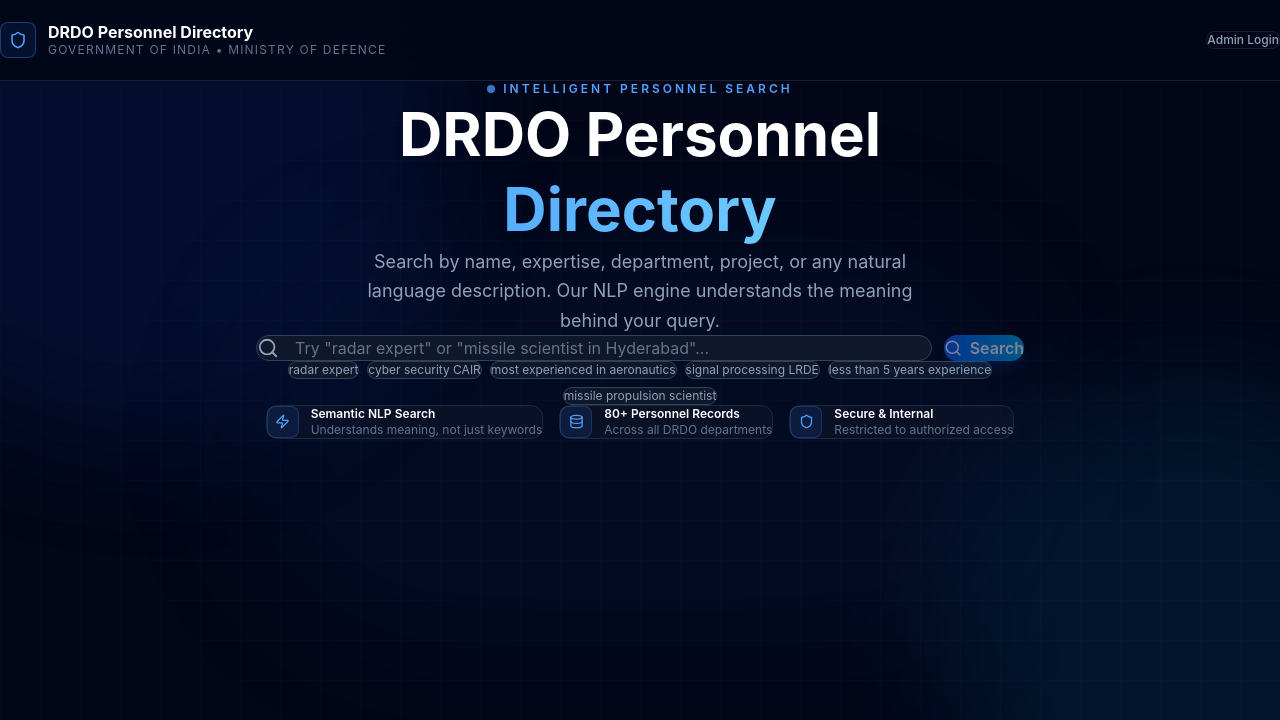
Repository: Mandeepigdtuw/DRDO-Directory
Page: / (app in frontend/)
An editor plug-in stored every save of this project. The page is shown before and after the next save, followed by the edit.
The browser window is 1280 px wide. The pictures show the whole page.
The project was rebuilt for these pictures with package versions that can differ from the ones it lists, and the page was loaded fresh each time. Also part of the build but not shown: frontend/vite.config.js, frontend/src/components/PersonnelCard.jsx, frontend/src/components/ProfileModal.jsx, frontend/src/pages/AdminLogin.jsx, frontend/src/pages/AdminDashboard.jsx, frontend/src/pages/ManagePersonnel.jsx, frontend/src/pages/AddPersonnel.jsx, frontend/src/pages/EditPersonnel.jsx and 2 more.

Above is the page before, as saved 2026-07-23 02:40:18.

### frontend/src/index.css
@import "tailwindcss";
@tailwind base;
@tailwind components;
@tailwind utilities;

* {
  margin: 0;
  padding: 0;
  box-sizing: border-box;
}

body {
  font-family: 'Inter', sans-serif;
  background-color: #0f172a;
  color: #e2e8f0;
}

### frontend/src/App.jsx
// src/App.jsx
import { BrowserRouter, Routes, Route, Navigate } from 'react-router-dom'
import SearchPage from './pages/SearchPage'
import AdminLogin from './pages/AdminLogin'
import AdminDashboard from './pages/AdminDashboard'
import ManagePersonnel from './pages/ManagePersonnel'
import AddPersonnel from './pages/AddPersonnel'
import EditPersonnel from './pages/EditPersonnel'
import AnalyticsDashboard from './pages/AnalyticsDashboard'
import ProtectedRoute from './components/ProtectedRoute'

export default function App() {
  return (
    <BrowserRouter>
      <Routes>
        {/* User Side - Public */}
        <Route path="/" element={<SearchPage />} />

        {/* Admin Login - Public */}
        <Route path="/admin/login" element={<AdminLogin />} />

        {/* Admin Side - Protected (need JWT token) */}
        <Route path="/admin" element={<ProtectedRoute />}>
          <Route path="dashboard" element={<AdminDashboard />} />
          <Route path="personnel" element={<ManagePersonnel />} />
          <Route path="personnel/add" element={<AddPersonnel />} />
          <Route path="personnel/edit/:employee_id" element={<EditPersonnel />} />
          <Route path="analytics" element={<AnalyticsDashboard />} />
        </Route>

        {/* Catch all unknown URLs → redirect to home */}
        <Route path="*" element={<Navigate to="/" />} />
      </Routes>
    </BrowserRouter>
  )
}

### frontend/src/pages/SearchPage.jsx
// src/pages/SearchPage.jsx
import { useState } from 'react'
import { Search, Loader2, Zap, Shield, Database } from 'lucide-react'
import Navbar from '../components/Navbar'
import PersonnelCard from '../components/PersonnelCard'
import ProfileModal from '../components/ProfileModal'
import { searchPersonnel, getAllPersonnelPublic } from '../services/api'

export default function SearchPage() {
  const [query, setQuery] = useState('')
  const [results, setResults] = useState([])
  const [loading, setLoading] = useState(false)
  const [searched, setSearched] = useState(false)
  const [selectedPerson, setSelectedPerson] = useState(null)
  const [error, setError] = useState('')

  const isExperienceQuery = (q) => {
    const lower = q.toLowerCase()
    return (
      lower.includes('maximum experience') ||
      lower.includes('most experience') ||
      lower.includes('most experienced') ||
      lower.includes('maximum years') ||
      lower.includes('highest experience') ||
      lower.includes('senior most') ||
      lower.includes('most senior') ||
      lower.includes('experienced scientist') ||
      lower.includes('experienced engineer')
    )
  }

  const isMinExperienceQuery = (q) => {
    const lower = q.toLowerCase()
    return (
      lower.includes('less than') ||
      lower.includes('fewer than') ||
      lower.includes('under') ||
      lower.includes('below') ||
      lower.includes('least experience') ||
      lower.includes('minimum experience') ||
      lower.includes('least experienced') ||
      lower.includes('junior') ||
      lower.includes('entry level') ||
      lower.includes('fresher') ||
      lower.includes('newest') ||
      lower.includes('youngest')
    )
  }

  const extractNumber = (q) => {
    const match = q.match(/\d+/)
    return match ? parseInt(match[0]) : null
  }

  const hasDomainContext = (q) => {
    const experienceWords = [
      'most', 'maximum', 'highest', 'senior', 'experienced',
      'scientist', 'engineer', 'in', 'the', 'field', 'of', 'with'
    ]
    const words = q.toLowerCase().split(' ')
    const domainWords = words.filter(w => w.length > 2 && !experienceWords.includes(w))
    return domainWords.length > 0
  }

  const handleSearch = async () => {
    if (!query.trim()) return
    setLoading(true)
    setError('')
    setSearched(false)

    try {
      let data = []

      if (isMinExperienceQuery(query)) {
        const response = await getAllPersonnelPublic()
        let all = [...response.data.results]
        const num = extractNumber(query)
        if (num !== null) all = all.filter(p => p.years_of_experience < num)
        data = all.sort((a, b) => a.years_of_experience - b.years_of_experience)
          .map((p, i) => ({ ...p, relevance_score: Math.max(0.99 - i * 0.01, 0.1) }))

      } else if (isExperienceQuery(query) && hasDomainContext(query)) {
        const response = await searchPersonnel(query + '&top_k=30')
        data = [...response.data.results]
          .sort((a, b) => b.years_of_experience - a.years_of_experience)
          .slice(0, 10)
          .map((p, i) => ({ ...p, relevance_score: Math.max(0.99 - i * 0.02, 0.1) }))

      } else if (isExperienceQuery(query)) {
        const response = await getAllPersonnelPublic()
        data = [...response.data.results]
          .sort((a, b) => b.years_of_experience - a.years_of_experience)
          .map((p, i) => ({ ...p, relevance_score: Math.max(0.99 - i * 0.01, 0.1) }))

      } else {
        const response = await searchPersonnel(query)
        data = response.data.results
      }

      setResults(data)
      setSearched(true)
    } catch (err) {
      setError('Search failed. Please make sure the backend server is running.')
    } finally {
      setLoading(false)
    }
  }

  const handleKeyDown = (e) => {
    if (e.key === 'Enter') handleSearch()
  }

  const hints = [
    'radar expert',
    'cyber security CAIR',
    'most experienced in aeronautics',
    'signal processing LRDE',
    'less than 5 years experience',
    'missile propulsion scientist',
  ]

  const features = [
    { icon: Zap, label: 'Semantic NLP Search', desc: 'Understands meaning, not just keywords' },
    { icon: Database, label: '80+ Personnel Records', desc: 'Across all DRDO departments' },
    { icon: Shield, label: 'Secure & Internal', desc: 'Restricted to authorized access' },
  ]

  return (
    <div className="min-h-screen bg-slate-950 text-white">

      {/* Background */}
      <div className="pointer-events-none fixed inset-0 z-0">
        <div className="absolute -left-40 -top-40 h-[600px] w-[600px] rounded-full bg-blue-600/10 blur-3xl" />
        <div className="absolute -bottom-40 -right-40 h-[500px] w-[500px] rounded-full bg-sky-500/10 blur-3xl" />
        <div className="absolute top-1/3 left-1/2 -translate-x-1/2 h-[400px] w-[800px] rounded-full bg-blue-900/10 blur-3xl" />
        <div
          className="absolute inset-0 opacity-[0.025]"
          style={{
            backgroundImage: 'linear-gradient(rgba(255,255,255,0.5) 1px, transparent 1px), linear-gradient(90deg, rgba(255,255,255,0.5) 1px, transparent 1px)',
            backgroundSize: '40px 40px',
          }}
        />
      </div>

      <div className="relative z-10 flex flex-col min-h-screen">
        <Navbar isAdmin={false} />

        {/* Hero Section */}
        <div className="flex flex-col items-center justify-center px-6 pt-20 pb-12">

          {/* Badge */}
          <div className="flex items-center gap-2 mb-6">
            <div className="w-2 h-2 rounded-full bg-blue-400 animate-pulse" />
            <span className="text-blue-400 text-xs font-semibold uppercase tracking-[0.25em]">
              Intelligent Personnel Search
            </span>
          </div>

          {/* Title */}
          <h1 className="text-5xl sm:text-6xl lg:text-2l font-bold text-white text-center leading-tight mb-5">
            DRDO Personnel
            <span className="block text-transparent bg-clip-text bg-gradient-to-r from-blue-400 to-sky-300">
              Directory
            </span>
          </h1>

          {/* Subtitle */}
          <p className="text-slate-400 text-center text-base sm:text-lg max-w-xl leading-relaxed mb-10">
            Search by name, expertise, department, project, or any natural language description.
            Our NLP engine understands the meaning behind your query.
          </p>

          {/* Search Bar */}
          <div className="w-full max-w-3xl flex gap-3 mb-5">
            <div className="flex-1 flex items-center bg-slate-900 border border-slate-700 hover:border-slate-500 focus-within:border-blue-500 focus-within:ring-4 focus-within:ring-blue-500/10 rounded-2xl px-5 gap-4 transition-all">
              <Search className="text-slate-400 shrink-0" size={22} />
              <input
                type="text"
                value={query}
                onChange={(e) => setQuery(e.target.value)}
                onKeyDown={handleKeyDown}
                placeholder='Try "radar expert" or "missile scientist in Hyderabad"...'
                className="flex-1 bg-transparent text-white py-5 outline-none placeholder-slate-500 text-base"
              />
              {query && (
                <button
                  onClick={() => { setQuery(''); setResults([]); setSearched(false) }}
                  className="text-slate-500 hover:text-white transition text-2xl leading-none shrink-0"
                >
                  ×
                </button>
              )}
            </div>
            <button
              onClick={handleSearch}
              disabled={loading || !query.trim()}
              className="flex items-center gap-2 bg-gradient-to-r from-blue-600 to-sky-500 hover:opacity-90 disabled:opacity-50 disabled:cursor-not-allowed text-white px-8 rounded-2xl font-semibold text-base shadow-lg shadow-blue-500/20 transition whitespace-nowrap"
            >
              {loading
                ? <Loader2 size={20} className="animate-spin" />
                : <Search size={18} />}
              {loading ? 'Searching...' : 'Search'}
            </button>
          </div>

          {/* Hint chips */}
          <div className="flex flex-wrap gap-2 justify-center max-w-3xl mb-12">
            {hints.map((hint) => (
              <button
                key={hint}
                onClick={() => setQuery(hint)}
                className="text-xs text-slate-400 hover:text-blue-300 bg-slate-900 hover:bg-slate-800 border border-slate-700 hover:border-blue-500/40 px-4 py-2 rounded-full transition-all"
              >
                {hint}
              </button>
            ))}
          </div>

          {/* Feature badges — shown only when no search done */}
          {!searched && (
            <div className="flex flex-wrap gap-4 justify-center">
              {features.map((f) => (
                <div key={f.label} className="flex items-center gap-3 bg-slate-900/60 border border-slate-800 rounded-xl px-5 py-3">
                  <div className="flex h-8 w-8 items-center justify-center rounded-lg bg-blue-500/10 border border-blue-400/20">
                    <f.icon size={15} className="text-blue-400" />
                  </div>
                  <div>
                    <p className="text-white text-xs font-semibold">{f.label}</p>
                    <p className="text-slate-500 text-xs">{f.desc}</p>
                  </div>
                </div>
              ))}
            </div>
          )}
        </div>

        {/* Results Section */}
        <div className="flex-1 w-full px-6 sm:px-10 lg:px-16 pb-16">

          {error && (
            <div className="text-red-400 bg-red-400/10 border border-red-400/20 rounded-xl p-4 text-center mb-6 text-sm max-w-3xl mx-auto">
              {error}
            </div>
          )}

          {searched && (
            <div className="flex items-center justify-between mb-6 max-w-7xl mx-auto">
              <p className="text-slate-400 text-sm">
                {results.length > 0
                  ? <span><span className="text-white font-semibold">{results.length}</span> results for <span className="text-blue-400">"{query}"</span> — ranked by relevance</span>
                  : <span>No results found for <span className="text-blue-400">"{query}"</span></span>
                }
              </p>
            </div>
          )}

          {results.length > 0 && (
            <div className="grid grid-cols-1 md:grid-cols-2 xl:grid-cols-3 gap-4 max-w-7xl mx-auto">
              {results.map((person, index) => (
                <PersonnelCard
                  key={person.employee_id}
                  person={person}
                  rank={index + 1}
                  onClick={() => setSelectedPerson(person)}
                />
              ))}
            </div>
          )}

          {searched && results.length === 0 && (
            <div className="text-center py-20 text-slate-500">
              <Search size={52} className="mx-auto mb-5 opacity-20" />
              <p className="text-xl font-medium text-slate-400 mb-2">No personnel found</p>
              <p className="text-sm">Try different keywords or a broader description</p>
            </div>
          )}
        </div>
      </div>

      {selectedPerson && (
        <ProfileModal
          person={selectedPerson}
          onClose={() => setSelectedPerson(null)}
        />
      )}
    </div>
  )
}

### frontend/src/components/Navbar.jsx
// src/components/Navbar.jsx
import { Link, useNavigate, useLocation } from 'react-router-dom'
import { Shield, LogOut, Users, BarChart2, Plus, Search } from 'lucide-react'

export default function Navbar({ isAdmin = false }) {
  const navigate = useNavigate()
  const location = useLocation()

  const handleLogout = () => {
    localStorage.removeItem('admin_token')
    navigate('/admin/login')
  }

  const isActive = (path) =>
    location.pathname === path ||
    location.pathname.startsWith(path + '/')

  if (!isAdmin) {
    return (
      <nav className="w-full border-b border-white/10 bg-slate-950/90 backdrop-blur-xl">
        <div className="flex h-20 w-full items-center justify-between px-6 sm:px-10 lg:px-16">
          <div className="flex items-center gap-3">
            <div className="flex h-9 w-9 items-center justify-center rounded-lg border border-blue-400/30 bg-blue-500/10">
              <Shield size={18} className="text-blue-400" />
            </div>
            <div>
              <p className="text-base font-bold text-white leading-tight">
                DRDO Personnel Directory
              </p>
              <p className="text-xs uppercase tracking-widest text-slate-500">
                Government of India • Ministry of Defence
              </p>
            </div>
          </div>
          <Link
            to="/admin/login"
            className="text-xs font-medium text-slate-400 hover:text-blue-400 transition border border-white/10 hover:border-blue-400/30 px-4 py-2 rounded-lg"
          >
            Admin Login
          </Link>
        </div>
      </nav>
    )
  }

  const navLinks = [
    { to: '/admin/dashboard', label: 'Dashboard', icon: Shield },
    { to: '/admin/personnel', label: 'Personnel', icon: Users },
    { to: '/admin/personnel/add', label: 'Add', icon: Plus },
    { to: '/admin/analytics', label: 'Analytics', icon: BarChart2 },
  ]

  return (
    <nav className="w-full border-b border-white/10 bg-slate-950/90 backdrop-blur-xl">
      <div className="flex h-20 w-full items-center justify-between px-6 sm:px-10 lg:px-16">

        {/* Left — Branding */}
        <div className="flex items-center gap-3 shrink-0">
          <div className="flex h-9 w-9 items-center justify-center rounded-lg border border-blue-400/30 bg-blue-500/10">
            <Shield size={18} className="text-blue-400" />
          </div>
          <div className="hidden sm:block">
            <p className="text-sm font-bold text-white leading-tight">DRDO Admin</p>
            <p className="text-[10px] uppercase tracking-widest text-slate-500">
              Personnel Directory
            </p>
          </div>
        </div>

        {/* Center — Nav Links */}
        <div className="flex items-center gap-1">
          <Link
            to="/"
            className="flex items-center gap-2 px-4 py-2 rounded-lg text-sm font-medium text-slate-400 hover:text-white hover:bg-white/5 transition"
          >
            <Search size={16} />
            <span className="hidden sm:block">Search</span>
          </Link>

          {navLinks.map((link) => {
            const active = isActive(link.to)
            return (
              <Link
                key={link.to}
                to={link.to}
                className={
                  'flex items-center gap-2 px-4 py-2 rounded-lg text-sm font-medium transition ' +
                  (active
                    ? 'bg-blue-500/15 text-blue-400 border border-blue-400/20'
                    : 'text-slate-400 hover:text-white hover:bg-white/5')
                }
              >
                <link.icon size={16} />
                <span className="hidden sm:block">{link.label}</span>
              </Link>
            )
          })}
        </div>

        {/* Right — Logout */}
        <button
          onClick={handleLogout}
          className="flex items-center gap-2 px-4 py-2 rounded-lg text-sm font-medium text-slate-400 hover:text-red-400 hover:bg-red-400/5 border border-transparent hover:border-red-400/20 transition shrink-0"
        >
          <LogOut size={16} />
          <span className="hidden sm:block">Logout</span>
        </button>

      </div>
    </nav>
  )
}

### frontend/src/services/api.js
// src/services/api.js
import axios from 'axios'

const BASE_URL = 'http://localhost:8000'

// Create axios instance pointing to our backend
const api = axios.create({
  baseURL: BASE_URL,
})

// Automatically attach JWT token to every request if it exists
api.interceptors.request.use((config) => {
  const token = localStorage.getItem('admin_token')
  if (token) {
    config.headers.Authorization = `Bearer ${token}`
  }
  return config
})

// ─── AUTH ────────────────────────────────────────
export const loginAdmin = (username, password) =>
  api.post('/auth/login', { username, password })

// ─── SEARCH ──────────────────────────────────────
export const searchPersonnel = (query) =>
  api.get(`/search/?q=${encodeURIComponent(query)}`)


// ─── ADMIN PERSONNEL ─────────────────────────────
export const getAllPersonnel = () =>
  api.get('/admin/personnel')

export const getPersonById = (employee_id) =>
  api.get(`/admin/personnel/${employee_id}`)

export const addPersonnel = (data) =>
  api.post('/admin/personnel', data)

export const updatePersonnel = (employee_id, data) =>
  api.put(`/admin/personnel/${employee_id}`, data)

export const deletePersonnel = (employee_id) =>
  api.delete(`/admin/personnel/${employee_id}`)

// ─── ANALYTICS ───────────────────────────────────
export const getAnalyticsSummary = () =>
  api.get('/admin/analytics/summary')

export const getTopSearches = () =>
  api.get('/admin/analytics/top-searches')

export const getSearchTrends = () =>
  api.get('/admin/analytics/trends')

export const getDepartmentStats = () =>
  api.get('/admin/analytics/department-stats')

export const getZeroResults = () =>
  api.get('/admin/analytics/zero-results')

// Add this to the bottom of src/services/api.js
export const getAllPersonnelPublic = () =>
  api.get('/search/all')

Loaded but not shown: frontend/src/main.jsx (common file)

After the next save:
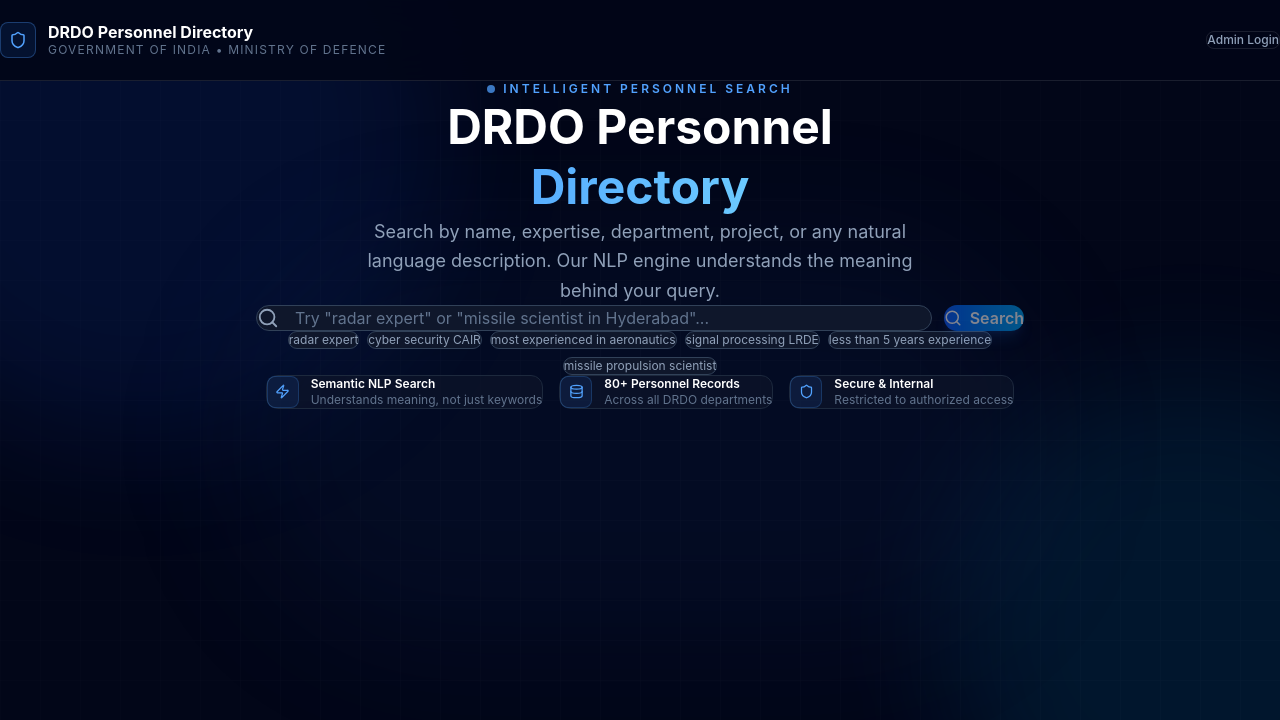
Saved 24 s later.
--- a/frontend/src/pages/SearchPage.jsx
+++ b/frontend/src/pages/SearchPage.jsx
@@ -157,7 +157,7 @@
           </div>
 
           {/* Title */}
-          <h1 className="text-5xl sm:text-6xl lg:text-2l font-bold text-white text-center leading-tight mb-5">
+          <h1 className="text-5xl sm:text-4l lg:text-2l font-bold text-white text-center leading-tight mb-5">
             DRDO Personnel
             <span className="block text-transparent bg-clip-text bg-gradient-to-r from-blue-400 to-sky-300">
               Directory
